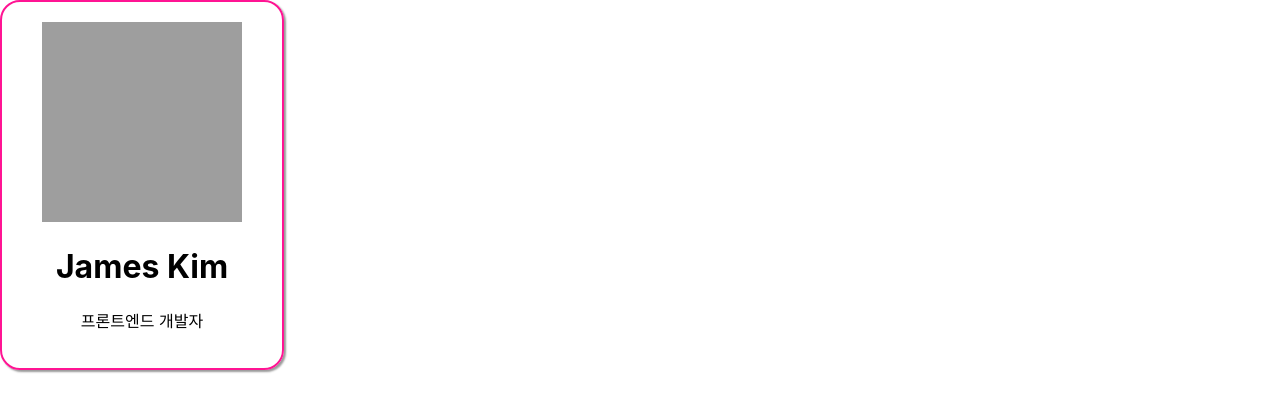
Repository: dnjfht/css-example
Page: /
The author's editor kept a copy of each file at every save. The page is drawn from the files as they stood at one save, then again after a run of saves.
The browser window is 1280 px wide. The pictures show the whole page.
Pictures or frames that could not be fetched are drawn as grey boxes. The project was rebuilt for these pictures with package versions that can differ from the ones it lists, and the page was loaded fresh each time. Also part of the build but not shown: src/App.css.

Above is the page before, as saved 2023-05-09 09:06:41.

After the next 4 saves:
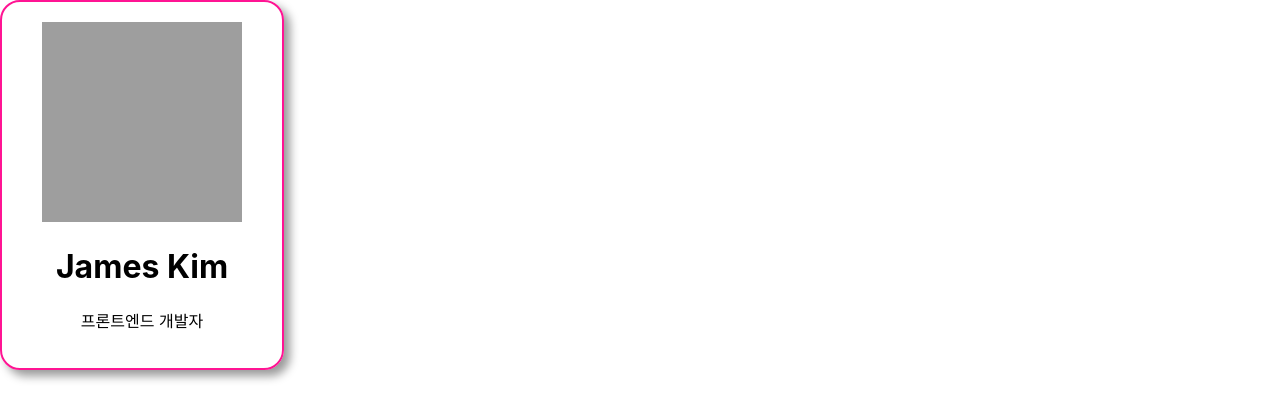
The 4 saves are shown as one change because they came seconds apart.
The last was saved 13 s later.
--- a/src/components/Profile.jsx
+++ b/src/components/Profile.jsx
@@ -9,7 +9,7 @@ export default function Profile() {
         textAlign: "center",
         border: "2px solid deeppink",
         borderRadius: 20,
-        boxShadow: "2px 2px 2px rgba(0,0,0,0.4)",
+        boxShadow: "6px 6px 10px rgba(0,0,0,0.4)",
       }}
     >
       <img
